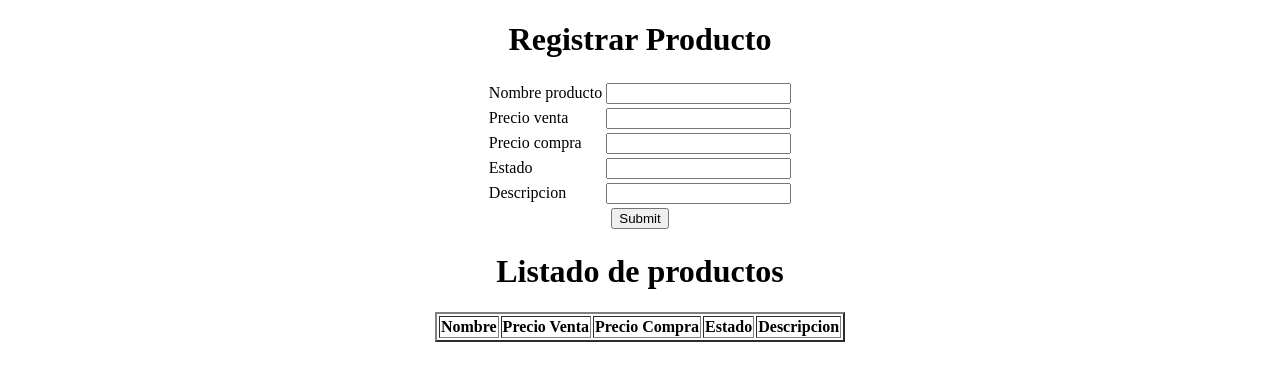
Repository: NayshaOCruz98/CL2ORTIZ
Page: http://localhost/LPII_CL2_ORTIZCRUZNAYSHA/ControladorServletprod
The author's editor kept a copy of each file at every save. The page is drawn from the files as they stood at one save, then again after the next save.
The browser window is 1280 px wide. The pictures show the whole page.
The page is served by Tomcat 9. Other server files are loaded and not shown.

Above is the page before, as saved 2023-10-24 20:35:18.

### LPII_CL2_ORTIZCRUZNAYSHA/src/main/webapp/RegistrarProducto.jsp
<%@ page language="java" contentType="text/html; charset=ISO-8859-1"
    pageEncoding="ISO-8859-1"%>
<%@page import="model.TblProductocl2" %>
<%@page import="java.util.*" %>
<!DOCTYPE html PUBLIC "-//W3C//DTD HTML 4.01 Transitional//EN" "http://www.w3.org/TR/html4/loose.dtd">
<html>
<head>
<meta http-equiv="Content-Type" content="text/html; charset=ISO-8859-1">
<title>Registrar producto</title>
</head>
<body>
<h1 align="center">Registrar Producto</h1>
<form action="ControladorServletprod" method="post">

<table align="center">
<tr>
<td>Nombre producto</td>
<td><input type="text" name="nombre"></td>
</tr>
<tr>
<td>Precio venta</td>
<td><input type="text" name="precioventa"></td>
</tr>
<tr>
<td>Precio compra</td>
<td><input type="text" name="preciocompra"></td>
</tr>
<tr>
<td>Estado</td>
<td><input type="text" name="estado"></td>
</tr>
<tr>
<td>Descripcion</td>
<td><input type="text" name="descrip"></td>
</tr>
<tr>
<td colspan="2" align="center">
<input type="submit" name="Registra Producto">
</td>
</tr>
</table>
</form>
<!--  <td><input type="submit" name="Registra Producto"></td>-->
<h1 align="center">Listado de productos</h1>
<table align="center" border="2">
<tr>
<th>Nombre</th>
<th>Precio Venta</th>
<th>Precio Compra</th>
<th>Estado</th>
<th>Descripcion</th>

<%
List<TblProductocl2> Listadoproducto=(List<TblProductocl2>)request.getAttribute("listado");
if(Listadoproducto!=null){
	for(TblProductocl2 lis:Listadoproducto){
%>
<tr>
<td>
<%=lis.getIdproducto() %>
</td>
<td>
<%=lis.getNombrecl2() %>
</td>
<td>
<%=lis.getPrecioventacl2() %>
</td>
<td>
<%=lis.getPreciocompracl2() %>
</td>
<td>
<%=lis.getEstadocl2() %>
</td>
<td>
<%=lis.getDescripcioncl2() %>
</td>
</tr>
<%

	}
}
%>
</table>
</body>
</html>

### LPII_CL2_ORTIZCRUZNAYSHA/src/main/java/Controlador/ControladorServletprod.java
package Controlador;

import java.io.IOException;
import java.util.List;

import javax.servlet.ServletException;
import javax.servlet.http.HttpServlet;
import javax.servlet.http.HttpServletRequest;
import javax.servlet.http.HttpServletResponse;

import Dao.ClassCrudProducto;
import model.TblProductocl2;

/**
 * Servlet implementation class ControladorServletprod
 */
public class ControladorServletprod extends HttpServlet {
	private static final long serialVersionUID = 1L;

    /**
     * @see HttpServlet#HttpServlet()
     */
    public ControladorServletprod() {
        super();
        // TODO Auto-generated constructor stub
    }

	/**
	 * @see HttpServlet#doGet(HttpServletRequest request, HttpServletResponse response)
	 */
	protected void doGet(HttpServletRequest request, HttpServletResponse response) throws ServletException, IOException {
		// TODO Auto-generated method stub
		//response.getWriter().append("Served at: ").append(request.getContextPath());
		request.getRequestDispatcher("/RegistrarProducto.jsp").forward(request, response);
	}

	/**
	 * @see HttpServlet#doPost(HttpServletRequest request, HttpServletResponse response)
	 */
	protected void doPost(HttpServletRequest request, HttpServletResponse response) throws ServletException, IOException {
		// TODO Auto-generated method stub
		//doGet(request, response);
		String nombre=request.getParameter("nombre");
		Double precioV=Double.parseDouble(request.getParameter("precioventa"));
		Double precioC=Double.parseDouble(request.getParameter("PrecioCompra"));
		String estado=request.getParameter("estado");
		String descrip=request.getParameter("descrip");

		TblProductocl2 tprod = new TblProductocl2();
		ClassCrudProducto crud= new ClassCrudProducto();

		tprod.setNombrecl2(nombre);
		tprod.setPrecioventacl2(precioV);
		tprod.setPreciocompracl2(precioC);
		tprod.setEstadocl2(estado);
		tprod.setDescripcioncl2(descrip);

		crud.RegistrarProducto(tprod);
		List<TblProductocl2> listarproducto=crud.ListadoProducto();
		request.setAttribute("listado", listarproducto);
		request.getRequestDispatcher("/RegistrarProducto.jsp").forward(request, response);




	}

}

After the next save:
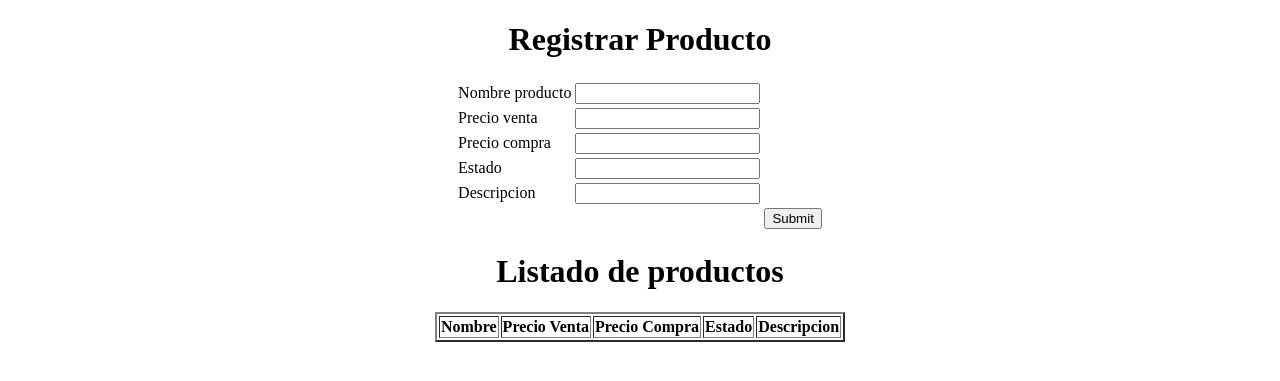
Saved 4 min 2 s later.
--- a/LPII_CL2_ORTIZCRUZNAYSHA/src/main/webapp/RegistrarProducto.jsp
+++ b/LPII_CL2_ORTIZCRUZNAYSHA/src/main/webapp/RegistrarProducto.jsp
@@ -34,8 +34,8 @@
 <td><input type="text" name="descrip"></td>
 </tr>
 <tr>
-<td colspan="2" align="center">
-<input type="submit" name="Registra Producto">
+<td colspan="2" align="center"></td>
+<td><input type="submit" name="Registra Producto">
 </td>
 </tr>
 </table>
